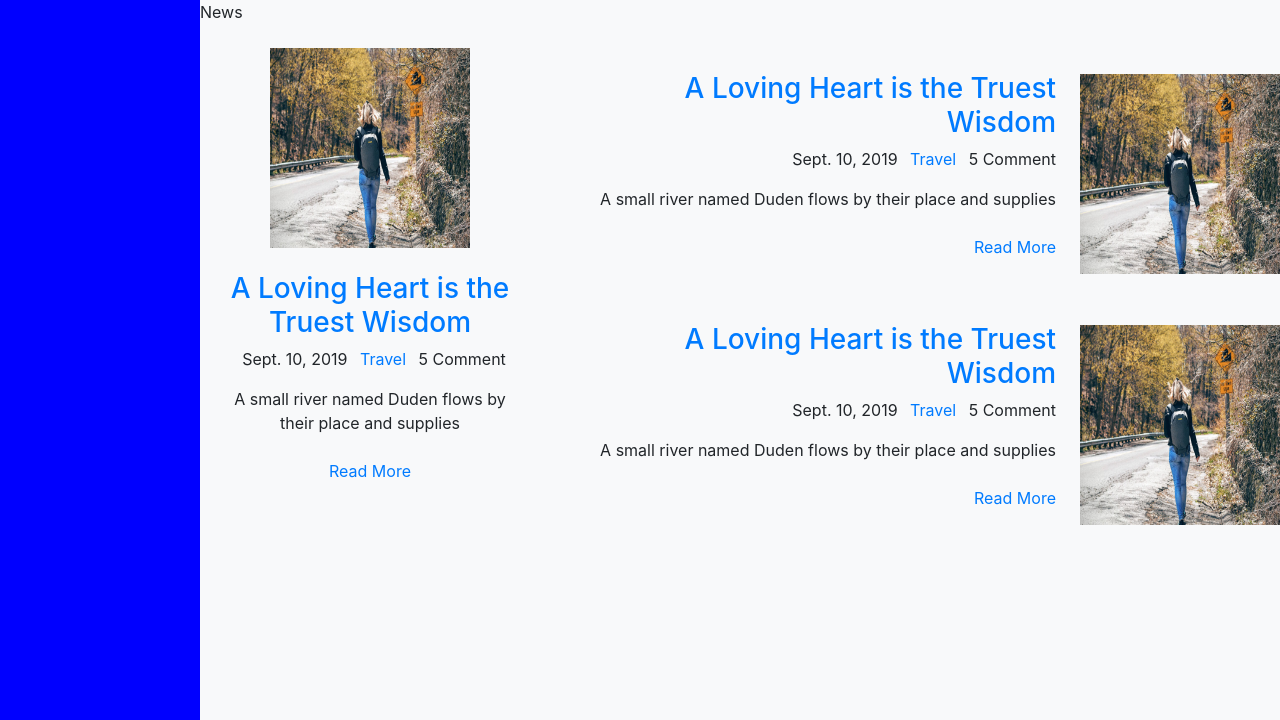
Repository: tts2610/GoogleNews
Page: index.html
An editor plug-in stored every save of this project. The page is shown before and after the next save, followed by the edit.
The browser window is 1280 px wide. The pictures show the whole page.
The page's requests for data from a server got no answer.

Above is the page before, as saved 2020-05-20 13:53:24.

After the next save:
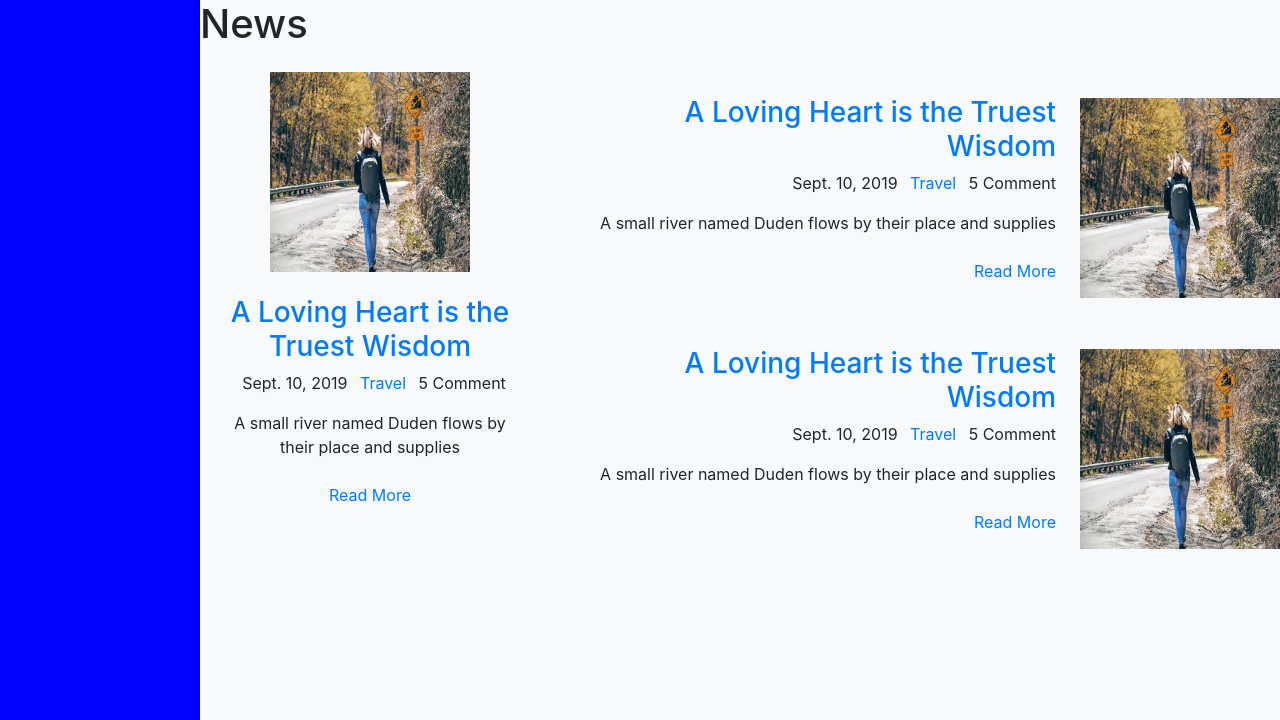
Saved 17 s later.
--- a/index.html
+++ b/index.html
@@ -22,7 +22,9 @@
     <div class="myContainer">
         <div class="sidenav"></div>
         <div class="content">
-            <div class="content-header mb-4">News</div>
+            <div class="content-header mb-4">
+                <h1>News</h1>
+            </div>
             <div class="row">
                 <div class="col-4 d-flex">
                     <div class="blog-entry-left">

After the save that followed:
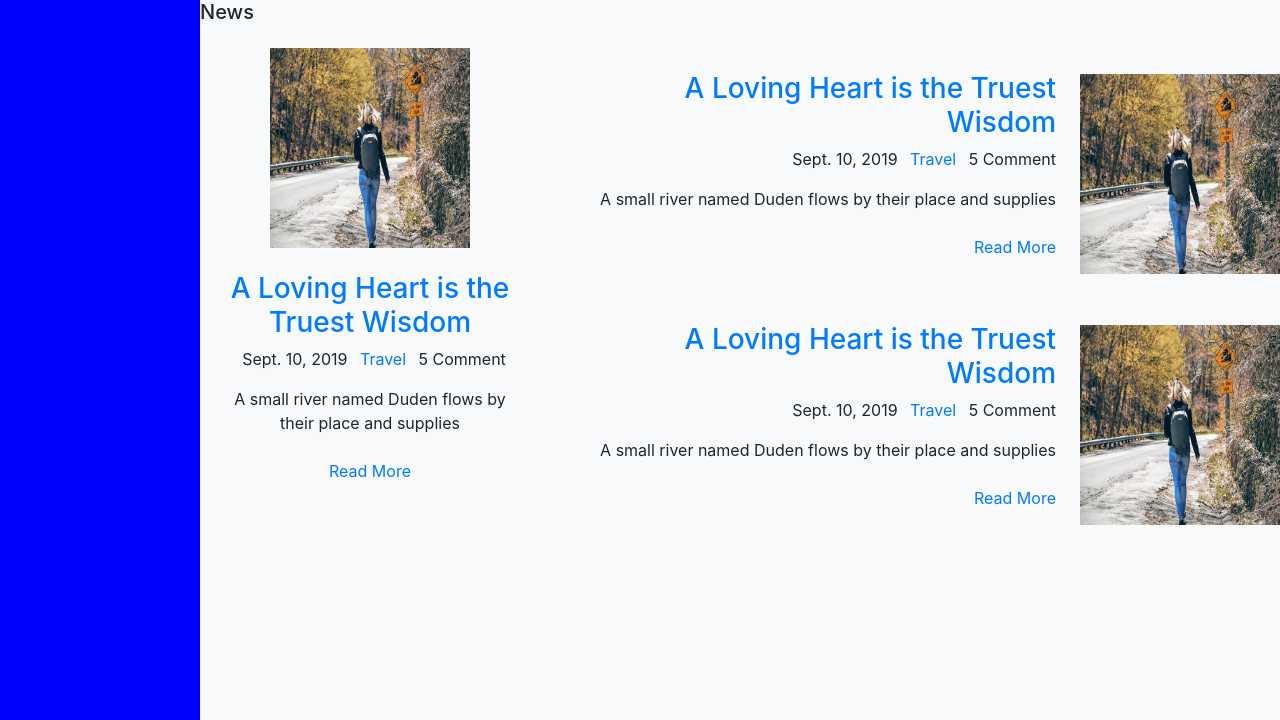
Saved 16 s later.
--- a/index.html
+++ b/index.html
@@ -23,7 +23,7 @@
         <div class="sidenav"></div>
         <div class="content">
             <div class="content-header mb-4">
-                <h1>News</h1>
+                <h5>News</h5>
             </div>
             <div class="row">
                 <div class="col-4 d-flex">
